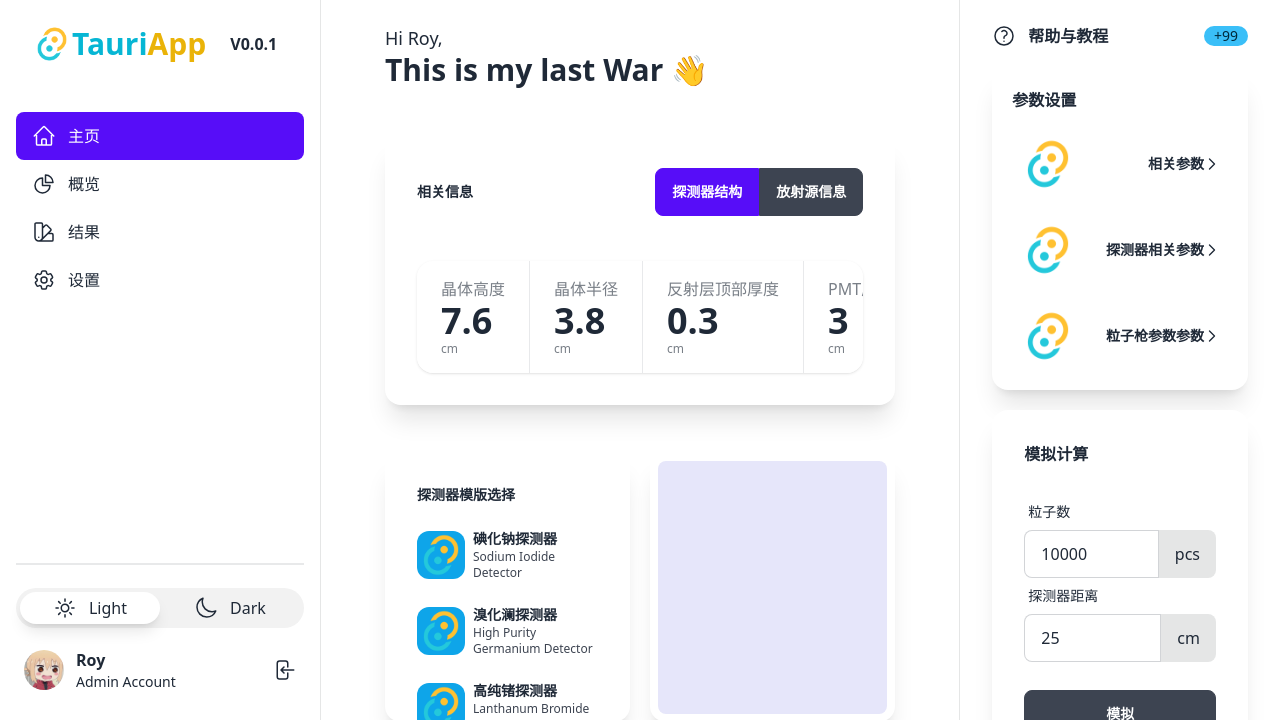
Repository: XMZOVO/tauri-geant4
Page: /
An editor plug-in stored every save of this project. The page is shown before and after the next save, followed by the edit.
The browser window is 1280 px wide. The pictures show the whole page.
The page's requests for data from a server got no answer. An inner scrolling area shows only its first screen. The project was rebuilt for these pictures with package versions that can differ from the ones it lists, and the page was loaded fresh each time. No one was signed in, and anything a server would have sent is missing. Also part of the build but not shown: vite.config.ts.

Above is the page before, as saved 2022-09-11 19:36:10.

### src/main.ts
import { createApp } from "vue";
import App from "./App.vue";
import "./index.css";
import { Router } from "./router";
import { createPinia } from "pinia";

const pinia = createPinia();

createApp(App).use(pinia).use(Router).mount("#app");

### src/router/index.ts
import { createRouter, createWebHistory } from "vue-router";

const routes = [
  {
    path: "",
    component: () => import("../components/MainWindow.vue"),
    children: [
      {
        path: "",
        component: () => import("../components/Home.vue"),
      },
      {
        path: "Setting",
        component: () => import("../components/Setting.vue"),
      },
      {
        path: "Results",
        component: () => import("../components/Results.vue"),
      },
      {
        path: "Overview",
        component: () => import("../components/Overview.vue"),
      },
      // {
      //   path: "Plan",
      //   component: () => import("../components/Plan.vue"),
      // },
    ],
  },
];

export const Router = createRouter({
  scrollBehavior: () => ({ left: 0, top: 0 }),
  history: createWebHistory(),
  routes,
});

### src/components/Home.vue
<script setup lang="ts">
import { ref, onMounted } from "vue";
import { invoke } from "@tauri-apps/api/tauri";
import { useRouter, onBeforeRouteLeave, onBeforeRouteUpdate } from "vue-router";
import path from "path";
import { exit } from "@tauri-apps/api/process";
import { fetch } from "@tauri-apps/api/http";

const router = useRouter();
const greetMsg = ref("");
const name = ref("");
let specFile = ref("");
let JSRootPath = ref("/JsRoot720/");
const btnWait = ref("");
const activeDetector = ref(0);

let detectorSrc = ref(
  JSRootPath.value +
    "index.htm?nobrowser&file=http://localhost:8080/file/G4Backend/build/rootFiles/test.root&item=Default;1&opt=ssao;transp60"
);

const parametersNames = ref([
  { name: "探测器结构", checked: true },
  { name: "放射源信息", checked: false },
]);
const selectedName = ref("钻井液性能");
const detectorProperties = ref([
  { name: "晶体高度", value: 7.6, unit: "cm" },
  { name: "晶体半径", value: 3.8, unit: "cm" },
  { name: "反射层顶部厚度", value: "0.3", unit: "cm" },
  { name: "PMT厚度", value: 3, unit: "cm" },
]);
const radioactiveProperties = ref([
  { name: "放射性同位素", value: "Co60", unit: "" },
  { name: "3", value: 20, unit: "" },
  { name: "4", value: 0.02, unit: "" },
  { name: "5", value: 10, unit: "" },
]);
const detectorList = ref([
  { name: "碘化钠探测器", percent: 40, description: "Sodium Iodide Detector" },
  {
    name: "溴化澜探测器",
    percent: 100,
    description: "High Purity Germanium Detector",
  },
  {
    name: "高纯锗探测器",
    percent: 60,
    description: "Lanthanum Bromide Detector",
  },
]);
const paticleParameters = ref([
  { name: "粒子数", value: 10000, unit: "pcs" },
  { name: "探测器距离", value: 25, unit: "cm" },
]);

async function greet() {
  greetMsg.value = await invoke("greet", { name: name.value });
}

onMounted(async () => {});

const parametersInfoChanged = (name: String) => {
  if (name == "探测器结构") {
    parametersNames.value[0].checked = true;
    parametersNames.value[1].checked = false;
  } else {
    parametersNames.value[0].checked = false;
    parametersNames.value[1].checked = true;
  }
};

const executeCalculate = async () => {
  if (paticleParameters.value[0].value > 10000000) {
    alert("粒子数过大");
    return;
  }
  btnWait.value = "loading";
  const response = await fetch("http://localhost:8080/g4", {
    method: "POST",
    query: {
      ch: detectorProperties.value[0].value.toString(),
      cr: detectorProperties.value[1].value.toString(),
      rtt: detectorProperties.value[2].value.toString(),
      num: paticleParameters.value[0].value.toString(),
    },
  }).then((res) => {
    btnWait.value = "";
    router.push({ path: "/Overview" });
  });
};

const refreshDetector = async () => {
  detectorSrc.value = " ";
  await fetch("http://localhost:8080/gdml", {
    method: "GET",
    query: {
      ch: detectorProperties.value[0].value.toString(),
      cr: detectorProperties.value[1].value.toString(),
      rtt: detectorProperties.value[2].value.toString(),
      pmt: detectorProperties.value[3].value.toString(),
    },
  }).then(() => {
    // let iframe: any = document.getElementById("iframe");
    // iframe.contentWindow.location.reload(true);
    detectorSrc.value =
      JSRootPath.value +
      "index.htm?nobrowser&file=http://localhost:8080/file/G4Backend/build/rootFiles/wtest.root&item=Default;1&opt=ssao;transp60";
  });
};

const exitApp = async () => {
  await exit(1);
};
</script>

<template>
  <!-- <div class="card">
    <input id="greet-input" v-model="name" placeholder="Enter a name..." />
    <button type="button" @click="greet()">Greet</button>
  </div>

  <p>{{ greetMsg }}</p> -->

  <div class="flex h-full w-full">
    <div class="w-2/3 space-y-12 border-r border-base-300 py-6 px-16">
      <div class="h-auto">
        <span class="block text-lg font-normal">Hi Roy,</span>
        <span class="block text-3xl font-bold"
          >This is my last War &#128075;</span
        >
      </div>
      <div class="card h-2/5 w-full shadow-xl">
        <div class="card-body justify-between">
          <div class="flex justify-between">
            <p class="card-title text-sm">相关信息</p>
            <!-- 选择框 -->
            <!-- <div class="form-control w-1/3 max-w-xs">
              <select
                class="select select-bordered focus:outline-none"
                @change="parametersInfoChanged($event)"
              >
                <option v-for="item in parametersNames">{{ item }}</option>
              </select>
            </div> -->
            <div class="btn-group">
              <input
                v-for="item in parametersNames"
                type="radio"
                name="options"
                :data-title="item.name"
                class="btn"
                :checked="item.checked"
                @change="parametersInfoChanged(item.name)"
              />
            </div>
          </div>
          <!-- 统计信息 -->
          <div
            class="stats stats-vertical overflow-hidden shadow lg:stats-horizontal"
          >
            <div
              class="stat"
              v-if="parametersNames[0].checked"
              v-for="item in detectorProperties"
            >
              <div class="stat-title">{{ item.name }}</div>
              <div class="stat-value">{{ item.value }}</div>
              <div class="stat-desc">{{ item.unit }}</div>
            </div>
            <div
              class="stat"
              v-if="parametersNames[1].checked"
              v-for="item in radioactiveProperties"
            >
              <div class="stat-title">{{ item.name }}</div>
              <div class="stat-value">{{ item.value }}</div>
              <div class="stat-desc">{{ item.unit }}</div>
            </div>
          </div>
        </div>
      </div>
      <!-- 底部双卡片 -->
      <div class="flex h-2/5 space-x-5">
        <!-- 1 -->
        <div class="card w-1/2 bg-base-100 shadow-xl">
          <div class="card-body gap-3">
            <p class="text-sm font-semibold">探测器模版选择</p>
            <!-- item -->
            <div class="flex h-full flex-col justify-between">
              <div
                v-for="(item, index) in detectorList"
                class="flex cursor-pointer items-center justify-between rounded-xl py-3 hover:bg-base-300"
              >
                <div class="flex items-center gap-2">
                  <img
                    src="../assets/icon.png"
                    class="h-12 w-12 rounded-xl bg-sky-500"
                  />
                  <div class="flex flex-col">
                    <p class="text-sm font-semibold">{{ item.name }}</p>
                    <p class="text-xs text-neutral">
                      {{ item.description }}
                    </p>
                  </div>
                </div>
                <!-- <div
                  class="radial-progress text-xs text-primary"
                  :style="
                    '--value: ' +
                    item.percent +
                    '; --size: 3.5rem; --thickness: 6px'
                  "
                >
                  {{ item.percent }}%
                </div> -->
              </div>
            </div>
            <btn class="btn rounded-xl"> 更多模版</btn>
          </div>
        </div>
        <!-- 2 -->
        <div class="card w-1/2 bg-base-100 shadow-xl">
          <div class="card-body p-2">
            <iframe
              :src="detectorSrc"
              frameborder="0"
              class="h-full w-full rounded-lg"
            ></iframe>
            <!-- <div class="h-full w-full bg-black" id="drawing"></div> -->
          </div>
        </div>
      </div>
    </div>

    <!-- 右侧 -->
    <div class="w-1/3 flex-col space-y-5 px-8 pt-6">
      <!-- 帮助 -->
      <div class="flex items-center justify-between">
        <div class="flex items-center space-x-3">
          <svg
            xmlns="http://www.w3.org/2000/svg"
            fill="none"
            viewBox="0 0 24 24"
            stroke-width="1.5"
            stroke="currentColor"
            class="h-6 w-6"
          >
            <path
              stroke-linecap="round"
              stroke-linejoin="round"
              d="M9.879 7.519c1.171-1.025 3.071-1.025 4.242 0 1.172 1.025 1.172 2.687 0 3.712-.203.179-.43.326-.67.442-.745.361-1.45.999-1.45 1.827v.75M21 12a9 9 0 11-18 0 9 9 0 0118 0zm-9 5.25h.008v.008H12v-.008z"
            />
          </svg>
          <label class="font-bold">帮助与教程</label>
        </div>
        <div class="badge badge-info">+99</div>
      </div>
      <!-- 帮助 -->
      <!-- 卡1 -->
      <div class="flex space-x-5">
        <div class="card w-full overflow-visible bg-base-100 shadow-xl">
          <div class="card-body p-5">
            <div class="flex-col space-y-5">
              <p class="text-md font-bold">参数设置</p>

              <!-- 溢流物 -->
              <div class="dropdown-left dropdown w-full">
                <div
                  tabindex="0"
                  class="flex items-center justify-between rounded-xl px-2 py-1 duration-300 hover:cursor-pointer hover:bg-primary hover:text-base-100"
                >
                  <img src="../assets/icon.png" class="h-14 w-14 rounded-xl" />
                  <div class="flex items-center">
                    <p class="text-sm font-bold">相关参数</p>
                    <svg
                      xmlns="http://www.w3.org/2000/svg"
                      fill="none"
                      viewBox="0 0 24 24"
                      stroke-width="2"
                      stroke="currentColor"
                      class="h-4 w-4"
                    >
                      <path
                        stroke-linecap="round"
                        stroke-linejoin="round"
                        d="M8.25 4.5l7.5 7.5-7.5 7.5"
                      />
                    </svg>
                  </div>
                </div>
                <!-- 浮动窗口 -->
                <div
                  tabindex="0"
                  class="card dropdown-content rounded-box w-full bg-base-100 shadow"
                >
                  <div class="card-body space-y-3">
                    <p class="font-bold">设置相关参数</p>
                  </div>
                </div>
              </div>
              <!-- 溢流物 -->
              <!-- 钻井液 -->
              <div class="dropdown-left dropdown w-full">
                <div
                  tabindex="0"
                  class="flex items-center justify-between rounded-xl px-2 py-1 duration-300 hover:cursor-pointer hover:bg-primary hover:text-base-100"
                >
                  <img src="../assets/icon.png" class="h-14 w-14 rounded-xl" />
                  <div class="flex items-center">
                    <p class="text-sm font-bold">探测器相关参数</p>
                    <svg
                      xmlns="http://www.w3.org/2000/svg"
                      fill="none"
                      viewBox="0 0 24 24"
                      stroke-width="2"
                      stroke="currentColor"
                      class="h-4 w-4"
                    >
                      <path
                        stroke-linecap="round"
                        stroke-linejoin="round"
                        d="M8.25 4.5l7.5 7.5-7.5 7.5"
                      />
                    </svg>
                  </div>
                </div>
                <!-- 浮动窗口 -->
                <div
                  tabindex="0"
                  class="card dropdown-content rounded-box w-96 bg-base-100 shadow"
                >
                  <div class="card-body space-y-1">
                    <div class="flex items-center">
                      <p class="font-bold">
                        设置{{
                          activeDetector == 0 ? "碘化钠" : "高纯锗"
                        }}探测器参数
                      </p>
                      <button class="btn btn-xs" @click="refreshDetector">
                        刷新探测器模型
                      </button>
                    </div>
                    <div
                      v-for="item in detectorProperties"
                      class="form-control"
                    >
                      <label class="label">
                        <span class="label-text">{{ item.name }}</span>
                      </label>
                      <label class="input-group">
                        <input
                          type="text"
                          v-model="item.value"
                          class="input input-bordered w-3/4 focus:outline-none"
                        />
                        <span class="w-1/4">{{ item.unit }}</span>
                      </label>
                    </div>
                  </div>
                </div>
              </div>
              <!-- 钻井液 -->
              <!-- 节流压 -->
              <div class="dropdown-left dropdown w-full">
                <div
                  tabindex="0"
                  class="flex items-center justify-between rounded-xl px-2 py-1 duration-300 hover:cursor-pointer hover:bg-primary hover:text-base-100"
                >
                  <img src="../assets/icon.png" class="h-14 w-14 rounded-xl" />
                  <div class="flex items-center">
                    <p class="text-sm font-bold">粒子枪参数参数</p>
                    <svg
                      xmlns="http://www.w3.org/2000/svg"
                      fill="none"
                      viewBox="0 0 24 24"
                      stroke-width="2"
                      stroke="currentColor"
                      class="h-4 w-4"
                    >
                      <path
                        stroke-linecap="round"
                        stroke-linejoin="round"
                        d="M8.25 4.5l7.5 7.5-7.5 7.5"
                      />
                    </svg>
                  </div>
                </div>
                <!-- 浮动窗口 -->
                <div
                  tabindex="0"
                  class="card dropdown-content rounded-box w-96 bg-base-100 shadow"
                >
                  <div class="card-body space-y-3">
                    <p class="font-bold">设置粒子枪参数</p>
                    <div
                      v-for="item in radioactiveProperties"
                      class="form-control"
                    >
                      <label class="label">
                        <span class="label-text">{{ item.name }}</span>
                      </label>
                      <label class="input-group">
                        <input
                          type="text"
                          v-model="item.value"
                          class="input input-bordered w-3/4 focus:outline-none"
                        />
                        <span class="w-1/4">{{ item.unit }}</span>
                      </label>
                    </div>
                  </div>
                </div>
              </div>
              <!-- 节流压 -->
            </div>
          </div>
        </div>
      </div>
      <!-- 卡2 -->
      <div class="flex space-x-5">
        <div class="card w-full bg-base-100 shadow-xl">
          <div class="card-body space-y-5">
            <p class="text-md font-bold">模拟计算</p>
            <div>
              <div v-for="item in paticleParameters" class="form-control">
                <label class="label">
                  <span class="label-text">{{ item.name }}</span>
                </label>
                <label class="input-group">
                  <input
                    type="text"
                    placeholder="0.01"
                    v-model="item.value"
                    class="input input-bordered w-full focus:outline-none"
                  />
                  <span>{{ item.unit }}</span>
                </label>
              </div>
            </div>
            <!-- 计算 -->
            <button :class="'btn w-full ' + btnWait" @click="executeCalculate">
              模拟
            </button>
          </div>
        </div>
      </div>
    </div>
  </div>
</template>

<style scoped></style>

Loaded but not shown: index.html (common file); src/App.vue (common file); src/index.css (common file); tailwind.config.cjs (common file); public/JsRoot720/modules/d3.mjs (library); public/JsRoot720/modules/gui/HierarchyPainter.mjs (library); public/JsRoot720/modules/io.mjs (3859 lines, source omitted); public/JsRoot720/modules/gpad/TFramePainter.mjs (2781 lines, source omitted); public/JsRoot720/modules/gpad/TPadPainter.mjs (2078 lines, source omitted); public/JsRoot720/modules/gui/menu.mjs (1573 lines, source omitted); public/JsRoot720/modules/core.mjs (1681 lines, source omitted); public/JsRoot720/modules/gui/display.mjs (1711 lines, source omitted); public/JsRoot720/modules/base/ObjectPainter.mjs (1608 lines, source omitted); public/JsRoot720/modules/base/math.mjs (2061 lines, source omitted); public/JsRoot720/modules/gpad/TAxisPainter.mjs (1330 lines, source omitted); public/JsRoot720/modules/hist/TPavePainter.mjs (1257 lines, source omitted); public/JsRoot720/modules/base/latex.mjs (1324 lines, source omitted); public/JsRoot720/modules/draw.mjs (618 lines, source omitted); public/JsRoot720/modules/gui/utils.mjs (511 lines, source omitted); public/JsRoot720/modules/gpad/TCanvasPainter.mjs (756 lines, source omitted); public/JsRoot720/modules/base/BasePainter.mjs (670 lines, source omitted); public/JsRoot720/modules/base/TAttFillHandler.mjs (343 lines, source omitted); public/JsRoot720/modules/base/TAttMarkerHandler.mjs (292 lines, source omitted); public/JsRoot720/modules/gui.mjs (206 lines, source omitted); public/JsRoot720/modules/base/colors.mjs (172 lines, source omitted); public/JsRoot720/modules/base/TAttLineHandler.mjs (166 lines, source omitted); public/JsRoot720/modules/base/FontHandler.mjs (139 lines, source omitted); src/components/MainWindow.vue (303 lines, source omitted)

After the next save:
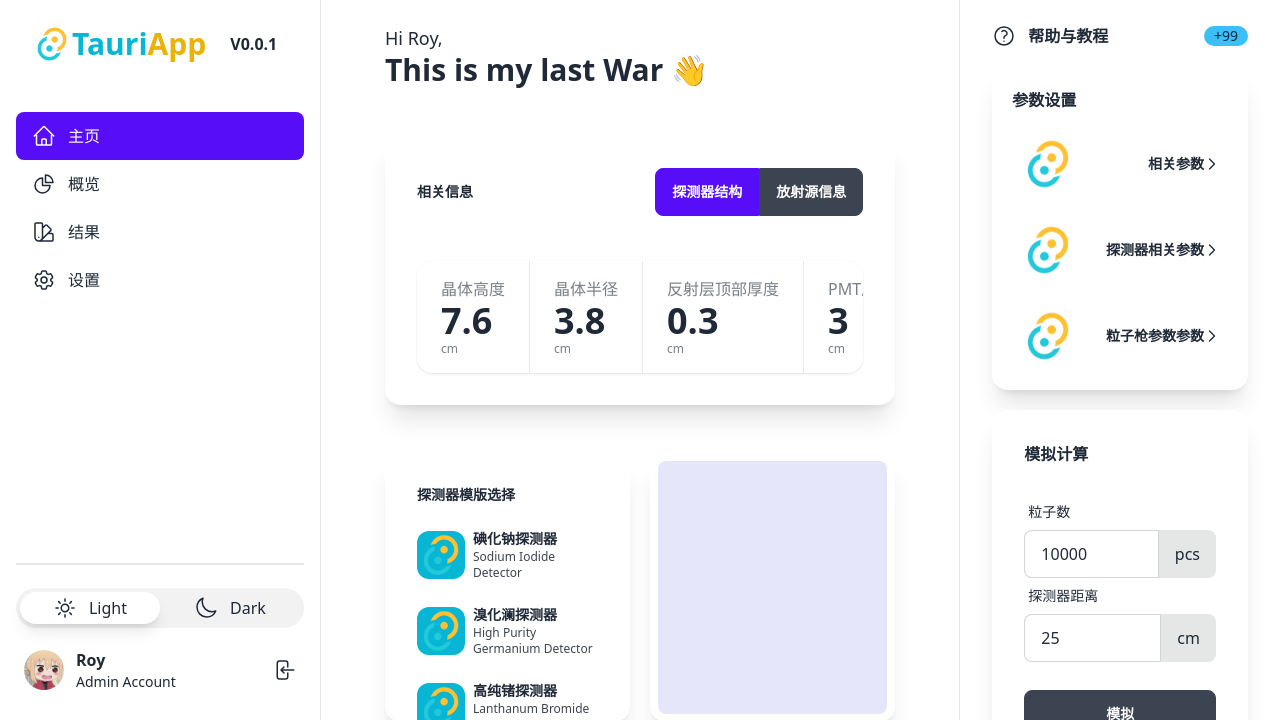
Saved 45 s later.
--- a/src/components/Home.vue
+++ b/src/components/Home.vue
@@ -195,7 +195,7 @@ const exitApp = async () => {
                 <div class="flex items-center gap-2">
                   <img
                     src="../assets/icon.png"
-                    class="h-12 w-12 rounded-xl bg-sky-500"
+                    class="h-12 w-12 rounded-xl bg-cyan-500"
                   />
                   <div class="flex flex-col">
                     <p class="text-sm font-semibold">{{ item.name }}</p>
